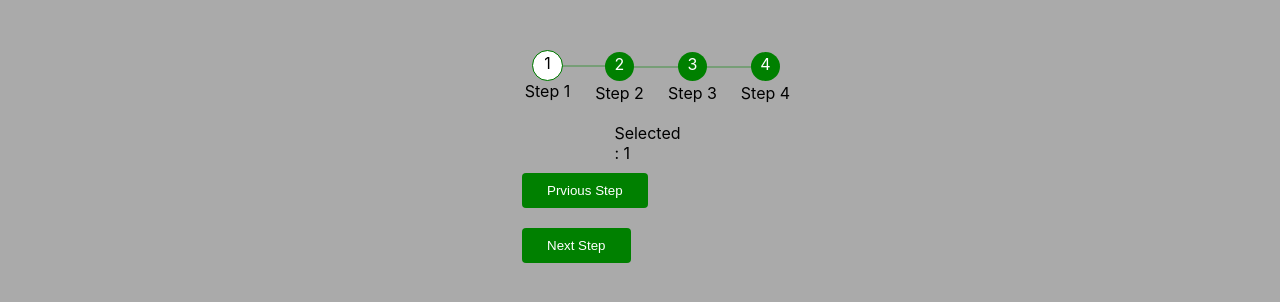
Repository: SD-Mdouka/project_step
Page: /
These files come from the project's save history. The page is drawn as it stood at one moment and after the next save; the edit follows.
The browser window is 1280 px wide. The pictures show the whole page.
The project was rebuilt for these pictures with package versions that can differ from the ones it lists, and the page was loaded fresh each time.

Above is the page before, as saved 2022-09-05 14:29:24.

After the next save:
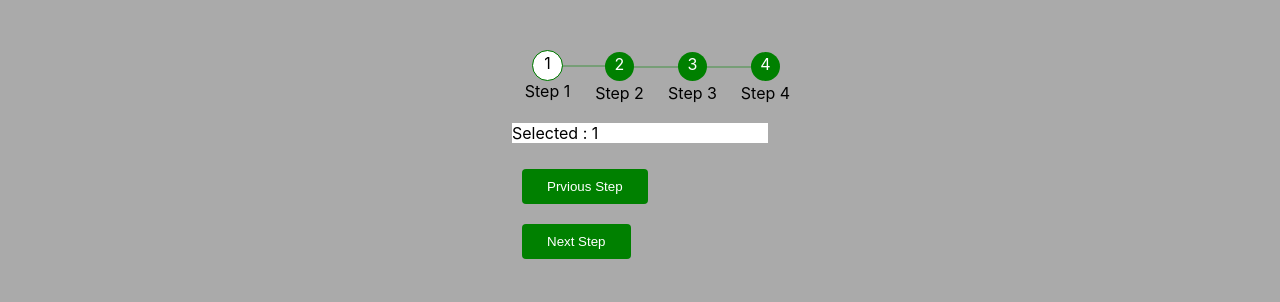
Saved 21 s later.
--- a/src/Steps/index.js
+++ b/src/Steps/index.js
@@ -14,7 +14,7 @@ function App() {
         currentSteps={currentSteps}
         updateStep={updateStep}
       ></Step>
-      <p className="pages"> Selected : {currentSteps}</p>
+      <p className="flex-container"> Selected : {currentSteps}</p>
       <div>
         <button
           className="primaryBtn"
